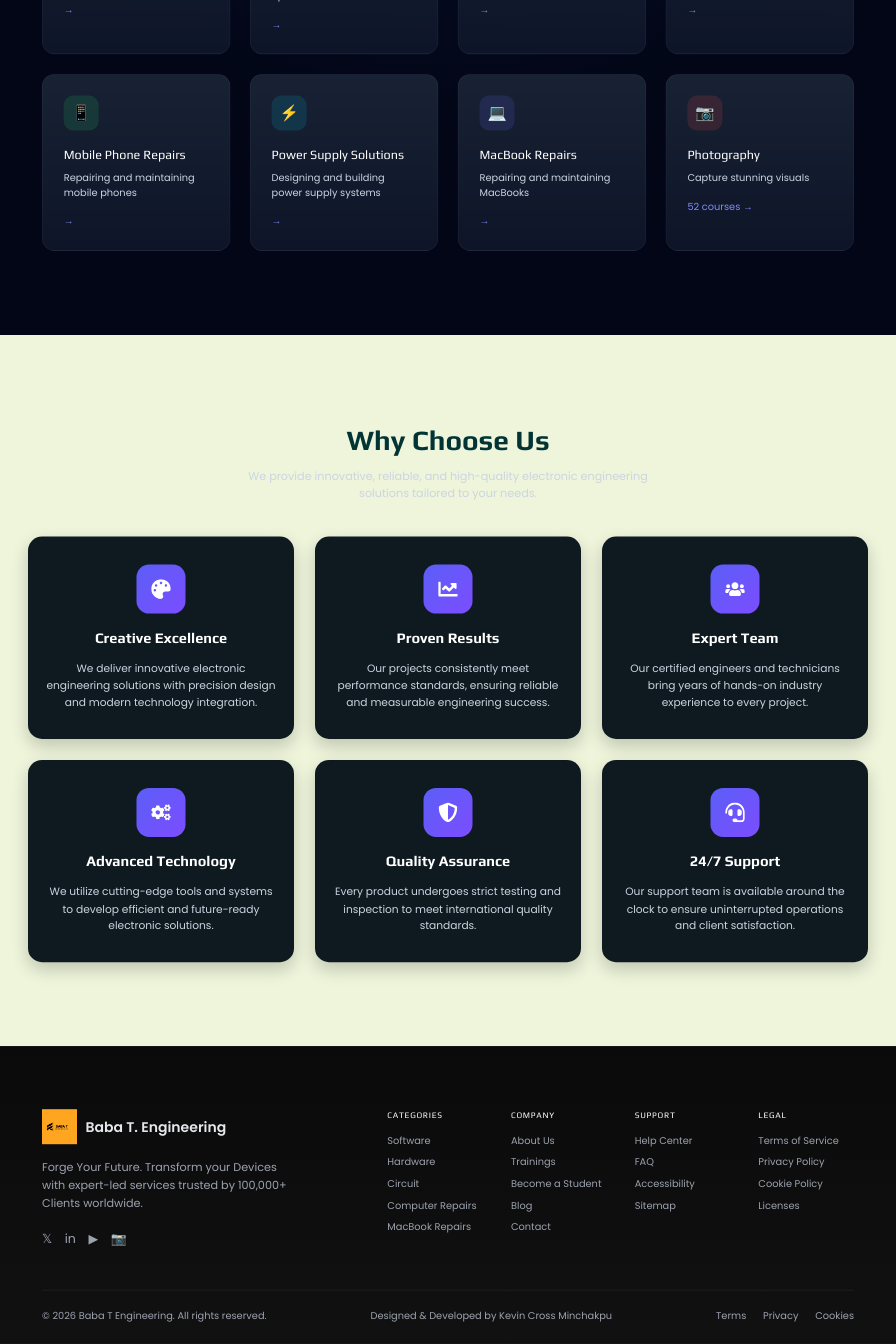
Repository: KC-Minchakpu/babatunde
Page: /
The author's editor kept a copy of each file at every save. The page is drawn from the files as they stood at one save, then again after the next save.
The browser window is 1280 px wide. The pictures show the part of the page from y = 2841 to 4761 px (the page is 4761 px tall), at 70% of full size.
The project was rebuilt for these pictures with package versions that can differ from the ones it lists, and the page was loaded fresh each time. The framework's server and built-in components were replaced by stand-ins that run in the browser. Also part of the build but not shown: next.config.ts.

Above is the page before, as saved 2026-02-18 16:16:24.

### src/app/layout.tsx
import type { Metadata } from "next";
import { Play, Poppins } from "next/font/google";
import "./globals.css";
import Header from "@/components/Header/Header";
import Footer from "@/components/Footer/Footer";

const play = Play({
  variable: "--font-play",
  subsets: ["latin"],
  weight: ["400", "700"],
});

const poppins = Poppins({
  variable: "--font-poppins",
  subsets: ["latin"],
  weight: ["400", "500", "600", "700"],
});

export const metadata: Metadata = {
  title: "Baba T Engineering",
  description: "Official web app of Baba T Engineering, a leading engineering company specializing in innovative solutions and cutting-edge technology.",
};

export default function RootLayout({
  children,
}: Readonly<{
  children: React.ReactNode;
}>) {
  return (
    <html lang="en">
      <body
        className={`${play.variable} ${poppins.variable} antialiased`}
      >
        <Header />
        {children}
        <Footer />
      </body>
    </html>
  );
}

### src/app/page.tsx
import Hero from "@/components/Hero/Hero";
import Values from "@/components/Values/Values";
import Story from "@/components/Story/Story";
import Categories from "@/components/Categories/Categories";
import WhyChooseUs from "@/components/Why/WhyChooseUs";


export default function Home() {
  return (
    <>
     <main>
      <Hero />
      <Values />
      <Story />
      <Categories />
      <WhyChooseUs />
     </main>
    </>
  );
}

### src/app/globals.css
@import "tailwindcss";

:root {
  --background: #023436;
  --foreground: #f0f0f0;
}

body {
  background: var(--background);
  color: var(--foreground);
  font-family: var(--font-poppins);
}

h1, h2, h3, h4, h5, h6 {
  font-family: var(--font-play);
}

h1 {
  color: red;
  font-size: 35px;
}

### src/components/Header/Header.tsx
"use client";

import Link from "next/link";
import Image from "next/image";
import styles from "./Header.module.css";
import { useState } from "react";

const Header = () => {
  const [isOpen, setIsOpen] = useState(false);

  return (
    <header className={styles.header}>
      <div className={styles.container}>
        {/* Logo */}
        <div className={styles.logo}>
          <Link href="/">
            <Image
              src="/images/logo23.png"
              alt="Baba T Logo"
              width={60}
              height={60}
            />
          </Link>
          <span className={styles.logoText}>Baba T</span>
        </div>

        {/* Navigation */}
        <nav className={styles.nav}>
          <Link href="/">Home</Link>

          <div
            className={styles.dropdown}
            onMouseEnter={() => setIsOpen(true)}
            onMouseLeave={() => setIsOpen(false)}
          >
            <span className={styles.dropdownToggle}>About</span>

            {isOpen && (
              <div className={styles.dropdownMenu}>
                <Link href="/about/history">Our History</Link>
                <Link href="/about/team">Our Team</Link>
                <Link href="/about/mission">Mission & Vision</Link>
                <Link href="/about/values">Core Values</Link>
                <Link href="/about/careers">Careers</Link>
              </div>
            )}
          </div>

          <Link href="/students-life">Students Life</Link>
          <Link href="/services">Services</Link>
          <Link href="/training-programs">Training Programs</Link>
          <Link href="/blog">Blog</Link>
          <Link href="/contact">Contact Us</Link>
        </nav>

        {/* Auth Buttons */}
        <div className={styles.actions}>
          <button className={styles.signIn}>Sign In</button>
          <button className={styles.signUp}>Sign Up</button>
        </div>
      </div>
    </header>
  );
};

export default Header;

### src/components/Hero/Hero.tsx
import Image from "next/image";
import styles from "./Hero.module.css";

export default function Hero() {
  return (
    <section className={styles.hero}>
      <div className={styles.container}>
        {/* LEFT CONTENT */}
        <div className={styles.left}>
          <span className={styles.badge}>
            — EXCELLENCE IN CIRCUIT REPAIR AND MAINTENANCE
          </span>

          <h1 className={styles.title}>
            Restoring Power, <br /> Precision, and Performance
          </h1>

          <p className={styles.description}>
            At Baba T Engineering, we specialize in professional electronic hardware
            repairs, with a focus on computer motherboards, laptops, and other
            critical devices. We combine expert craftsmanship with cutting-edge
            diagnostic tools to bring your electronics back to life — fast,
            affordable, and reliable.
          </p>

          <div className={styles.buttonGroup}>
            <button className={styles.primaryBtn}>Book a Repair</button>
            <button className={styles.secondaryBtn}>Apply Today!</button>
          </div>

          {/* STATS */}
          <div className={styles.stats}>
            <div className={styles.stat}>
              <h3>25+</h3>
              <p>Years Experience</p>
            </div>

            <div className={styles.stat}>
              <h3>5000+</h3>
              <p>Devices Repaired</p>
            </div>

            <div className={styles.stat}>
              <h3>3000+</h3>
              <p>Satisfied Clients</p>
            </div>
          </div>
        </div>

        {/* RIGHT IMAGE */}
        <div className={styles.right}>
          <div className={styles.imageWrapper}>
            <Image
              src="/images/misc-16.jpeg"
              alt="Circuit Board"
              fill
              className={styles.image}
              priority
            />

            <div className={styles.overlayCard}>
              <h4>ISO 9001:2015</h4>
              <p>Certified Engineers</p>
            </div>
          </div>
        </div>
      </div>
    </section>
  );
}

### src/components/Values/Values.tsx
import styles from "./Values.module.css";

export default function Values() {
  return (
    <section className={styles.values}>
      <div className={styles.container}>
        {/* Header */}
        <div className={styles.header}>
          <h2>Our Values</h2>
          <p>These core principles guide everything we do at Baba T Engineering.</p>
        </div>

        {/* Cards */}
        <div className={styles.grid}>
          <div className={styles.card}>
            <div className={`${styles.icon} ${styles.iconGreen}`}>
              👤
            </div>
            <h3>Learner First</h3>
            <p>
              Every decision we make starts with a simple question: “How does
              this benefit our Clients?” We’re obsessed with client success.
            </p>
          </div>

          <div className={styles.card}>
            <div className={`${styles.icon} ${styles.iconOrange}`}>
              ✨
            </div>
            <h3>Excellence Always</h3>
            <p>
              We maintain the highest standards for our services, instructors,
              and platform. Good enough is never good enough for us.
            </p>
          </div>

          <div className={styles.card}>
            <div className={`${styles.icon} ${styles.iconTeal}`}>
              🌍
            </div>
            <h3>Accessible to All</h3>
            <p>
              We believe quality services should be available to everyone. We
              work hard to keep services affordable and accessible globally.
            </p>
          </div>
        </div>
      </div>
    </section>
  );
}

### src/components/Story/Story.tsx
import Image from "next/image";
import styles from "./Story.module.css";

export default function Story() {
  return (
    <section className={styles.story}>
      <div className={styles.container}>
        {/* LEFT CONTENT */}
        <div className={styles.left}>
          <span className={styles.badge}>Our Story</span>

          <h2 className={styles.title}>
            Empowering Learners<br />
            <span>Building the Future</span>
          </h2>

          <p className={styles.description}>
            Baba T Engineering was founded with a simple mission: to provide world-class
            engineering services and education to anyone, anywhere, and anytime. We believe that access to quality
            learning should not be limited by geography, background, or
            circumstances.
          </p>

          <p className={styles.description}>
            Today, we&apos;re proud to serve over 100,000 Clients and learners across the globe,
            partnering with industry-leading instructors and technicians who bring real-world
            experience to every lesson and repairs.
          </p>
        </div>

        {/* RIGHT IMAGE */}
        <div className={styles.right}>
          <div className={styles.imageWrapper}>
            <Image
              src="/images/power-systems.jpg"
              alt="Technician working on power systems"
              fill
              className={styles.image}
              priority
            />

            <div className={styles.floatingCard}>
              <div className={styles.icon}>🎓</div>
              <div>
                <h4>Founded 2020</h4>
                <p>Kaduna, Nigeria</p>
              </div>
            </div>
          </div>
        </div>
      </div>
    </section>
  );
}

### src/components/Categories/Categories.tsx
import styles from "./Categories.module.css";

const categories = [
  {
    title: "Hardware Installations",
    description: "Cloning, upgrading, and troubleshooting hardware",
    icon: "💻",
    color: "blue",
  },
  {
    title: "Software Installations",
    description: "Software installation, configuration, and optimization",
   icon: "📊",
    color: "purple",
  },
  {
    title: "Computer Repairs",
    description: "Repairing and maintaining computers and peripherals",
    icon: "🎨",
    color: "pink",
  },
  {
    title: "Circuit Design",
    description: "Designing and prototyping electronic circuits",
    icon: "💼",
    color: "orange",
  },
  {
    title: "Mobile Phone Repairs",
    description: "Repairing and maintaining mobile phones",
    icon: "📱",
    color: "green",
  },
  {
    title: "Power Supply Solutions",
    description: "Designing and building power supply systems",
    icon: "⚡",
    color: "cyan",
  },
  {
    title: "MacBook Repairs",
    description: "Repairing and maintaining MacBooks",
    icon: "💻",
    color: "indigo",
  },
  {
    title: "Photography",
    description: "Capture stunning visuals",
    courses: "52 courses",
    icon: "📷",
    color: "red",
  },
];

export default function Categories() {
  return (
    <section className={styles.categories}>
      <div className={styles.container}>
        <div className={styles.header}>
          <h2>Explore Our Top Services</h2>
          <p>
            Find the perfect Service from our wide selection of Services
            handled by industry experts.
          </p>
        </div>

        <div className={styles.grid}>
          {categories.map((cat, index) => (
            <div key={index} className={styles.card}>
              <div className={`${styles.icon} ${styles[cat.color]}`}>
                {cat.icon}
              </div>

              <h3>{cat.title}</h3>
              <p>{cat.description}</p>

              <span className={styles.courses}>
                {cat.courses} →
              </span>
            </div>
          ))}
        </div>
      </div>
    </section>
  );
}

### src/components/Header/Header.module.css
.header {
  width: 100%;
  height: 100px;
  background: #0F1A20;
  padding: 20px;
  position: sticky;
  top: 0;
  z-index: 1000;
}

.container {
  width: 90%;
  margin: 0 auto;
  display: flex;
  align-items: center;
  justify-content: space-between;
}

/* Logo */
.logo {
  display: flex;
  align-items: center;
  gap: 8px;
  cursor: pointer;
}

.logoCircle {
  width: 40px;
  height: 40px;
  border-radius: 50%;
  background: linear-gradient(135deg, #8e2de2, #4a00e0);
  display: flex;
  align-items: center;
  justify-content: center;
  color: white;
  font-weight: bold;
}

.logoText {
  font-size: 25px;
  font-weight: 600;
  color: #ffffff;
  font-family: "Poppins", sans-serif;
}

/* Nav */
.nav {
  display: flex;
  align-items: center;
  gap: 24px;
  font-family: 'Play', sans-serif;

}

.nav a,
.dropdownToggle {
  color: #ffffff;
  text-decoration: none;
  font-size: 19px;
  cursor: pointer;
  position: relative;
  transition: color 0.3s ease;
}

.nav a:hover,
.dropdownToggle:hover {
  color: #FFD23F;
}

/* Dropdown */
.dropdown {
  position: relative;
}

.dropdownMenu {
  position: absolute;
  width: 250px;
  top: 35px;
  left: 0;
  background: #0F1A20;
  border-radius: 8px;
  padding: 10px 0;
  min-width: 180px;
  box-shadow: 0 10px 25px rgba(0, 0, 0, 0.15);
  display: flex;
  flex-direction: column;
}

.dropdownMenu a {
  padding: 10px 16px;
  color: #ffffff;
  font-size: 19px;
  text-decoration: none;
  transition: background 0.2s ease;
}

.dropdownMenu a:hover {
  color: #FFD23F;
}

/* Buttons */
.actions {
  display: flex;
  gap: 12px;
}

.signIn {
  padding: 8px 18px;
  border-radius: 8px;
  border: none;
  cursor: pointer;
  color: white;
  background: #143458;
  font-size: 14px;
}

.signUp {
  padding: 8px 18px;
  border-radius: 8px;
  border: none;
  cursor: pointer;
  color: white;
  background: #63054b;
  font-size: 14px;
}

/* Responsive */
@media (max-width: 1024px) {
  .nav {
    display: none;
  }
}

### src/components/Footer/Footer.module.css
.footer {
  background: linear-gradient(
    180deg,
    #0a0a0a,
    #111111
  );
  color: #e5e7eb;
  padding: 90px 0 30px;
}

.container {
  max-width: 1200px;
  margin: 0 auto;
  padding: 0 20px;
}

/* TOP SECTION */
.topSection {
  display: flex;
  justify-content: space-between;
  gap: 60px;
}

/* BRAND */
.brand {
  flex: 1.3;
}

.logo {
  display: flex;
  align-items: center;
  gap: 12px;
  font-weight: 600;
  font-size: 20px;
  margin-bottom: 20px;
}

.logoBox {
  width: 34px;
  height: 34px;
  border-radius: 10px;
  background: linear-gradient(135deg, #14b8a6, #f97316);
}

.brand p {
  color: #9ca3af;
  line-height: 1.6;
  margin-bottom: 24px;
  max-width: 350px;
}

.socials {
  display: flex;
  gap: 18px;
  font-size: 18px;
  color: #9ca3af;
}

.socials span {
  cursor: pointer;
  transition: color 0.3s ease;
}

.socials span:hover {
  color: white;
}

/* LINKS GRID */
.linksGrid {
  flex: 2;
  display: grid;
  grid-template-columns: repeat(4, 1fr);
  gap: 40px;
}

.linksGrid h4 {
  font-size: 12px;
  letter-spacing: 1px;
  margin-bottom: 16px;
  color: #ffffff;
}

.linksGrid a {
  display: block;
  font-size: 14px;
  color: #9ca3af;
  margin-bottom: 10px;
  cursor: pointer;
  transition: color 0.3s ease;
}

.linksGrid a:hover {
  color: #ffffff;
}

/* DIVIDER */
.divider {
  height: 1px;
  background: rgba(255, 255, 255, 0.08);
  margin: 60px 0 25px;
}

/* BOTTOM BAR */
.bottomBar {
  display: flex;
  justify-content: space-between;
  align-items: center;
  font-size: 14px;
  color: #9ca3af;
}

.bottomLinks {
  display: flex;
  gap: 24px;
}

.bottomLinks a {
  cursor: pointer;
  transition: color 0.3s ease;
}

.bottomLinks a:hover {
  color: white;
}

/* RESPONSIVE */
@media (max-width: 1024px) {
  .topSection {
    flex-direction: column;
    gap: 50px;
  }

  .linksGrid {
    grid-template-columns: repeat(2, 1fr);
  }

  .bottomBar {
    flex-direction: column;
    gap: 15px;
    text-align: center;
  }
}

@media (max-width: 600px) {
  .linksGrid {
    grid-template-columns: 1fr;
  }
}

### src/components/Values/Values.module.css
.values {
  background: radial-gradient(
      circle at top,
      rgba(255, 255, 255, 0.04),
      transparent 60%
    ),
    #000;
  padding: 100px 0;
  color: #fff;
}

.container {
  max-width: 1200px;
  margin: 0 auto;
  padding: 0 20px;
}

.header {
  text-align: center;
  margin-bottom: 70px;
}

.header h2 {
  font-size: 40px;
  font-weight: 700;
  margin-bottom: 12px;
}

.header p {
  font-size: 16px;
  color: #a1a1aa;
}

/* GRID */
.grid {
  display: grid;
  grid-template-columns: repeat(3, 1fr);
  gap: 30px;
}

/* CARD */
.card {
  background: linear-gradient(
    180deg,
    rgba(255, 255, 255, 0.06),
    rgba(255, 255, 255, 0.02)
  );
  border: 1px solid rgba(255, 255, 255, 0.08);
  border-radius: 16px;
  padding: 32px;
  transition: transform 0.3s ease, box-shadow 0.3s ease;
}

.card:hover {
  transform: translateY(-6px);
  box-shadow: 0 20px 40px rgba(0, 0, 0, 0.6);
}

.card h3 {
  font-size: 20px;
  font-weight: 600;
  margin-bottom: 12px;
}

.card p {
  font-size: 15px;
  line-height: 1.6;
  color: #d4d4d8;
}

/* ICON */
.icon {
  width: 44px;
  height: 44px;
  border-radius: 10px;
  display: flex;
  align-items: center;
  justify-content: center;
  font-size: 20px;
  margin-bottom: 20px;
}

.iconGreen {
  background: rgba(16, 185, 129, 0.15);
  color: #10b981;
}

.iconOrange {
  background: rgba(249, 115, 22, 0.15);
  color: #f97316;
}

.iconTeal {
  background: rgba(20, 184, 166, 0.15);
  color: #14b8a6;
}

/* RESPONSIVE */
@media (max-width: 1024px) {
  .grid {
    grid-template-columns: 1fr;
  }

  .card {
    text-align: left;
  }
}

@media (max-width: 600px) {
  .header h2 {
    font-size: 32px;
  }
}

### src/components/Story/Story.module.css
.story {
  background: #EEF5DB;
  padding: 120px 0;
  color: #023436;
}

.container {
  max-width: 1200px;
  margin: 0 auto;
  padding: 0 20px;
  display: flex;
  align-items: center;
  gap: 80px;
}

/* LEFT */
.left {
  flex: 1;
}

.badge {
  display: inline-block;
  padding: 6px 20px;
  background: #333232;
  color: #f1f1f1;
  font-size: 14px;
  border-radius: 999px;
  margin-bottom: 24px;
}

.title {
  font-size: 48px;
  font-weight: 700;
  line-height: 1.2;
  margin-bottom: 24px;
}

.title span {
  background: linear-gradient(90deg, #14b8a6, #f59e0b);
  -webkit-background-clip: text;
  background-clip: text;
  -webkit-text-fill-color: transparent;
}

.description {
  color: #444c52;
  line-height: 1.7;
  font-size: 16px;
  margin-bottom: 20px;
  max-width: 520px;
}

/* RIGHT */
.right {
  flex: 1;
  display: flex;
  justify-content: center;
}

.imageWrapper {
  position: relative;
  width: 100%;
  max-width: 520px;
  height: 520px;
  border-radius: 16px;
  overflow: hidden;
}

.image {
  object-fit: cover;
}

/* FLOATING CARD */
.floatingCard {
  position: absolute;
  bottom: 30px;
  left: 40px;
  display: flex;
  align-items: center;
  gap: 16px;

  background: rgba(30, 30, 30, 0.9);
  -webkit-backdrop-filter: blur(10px);
  backdrop-filter: blur(10px);
  padding: 20px 28px;
  border-radius: 16px;
  border: 1px solid rgba(255, 255, 255, 0.08);

  box-shadow: 0 25px 50px rgba(0, 0, 0, 0.5);
}

.icon {
  width: 44px;
  height: 44px;
  background: #f59e0b;
  color: #14b8a6;
  display: flex;
  align-items: center;
  justify-content: center;
  border-radius: 10px;
  font-size: 20px;
}

.floatingCard h4 {
  font-size: 18px;
  margin: 0;
  color: #EAC435;
}

.floatingCard p {
  font-size: 14px;
  margin: 4px 0 0;
  color: #f1f1f1;
}

/* RESPONSIVE */
@media (max-width: 1024px) {
  .container {
    flex-direction: column;
    text-align: center;
  }

  .description {
    margin: 0 auto 20px;
  }

  .floatingCard {
    left: 50%;
    transform: translateX(-50%);
    bottom: -40px;
  }
}

@media (max-width: 768px) {
  .title {
    font-size: 36px;
  }

  .imageWrapper {
    height: 380px;
  }
}

### src/components/Why/WhyChooseUs.module.css
/* ==============================
   WHY US SECTION
================================ */
.whyChooseUs {
  background: #EEF5DB;
  padding: 120px 0;
  color: #023436;
}

.container {
  max-width: 1200px;
  margin: 0 auto;
  text-align: center;
}

.title {
  font-size: 2.5rem;
  font-weight: 700;
  margin-bottom: 10px;
}

.subtitle {
  max-width: 600px;
  margin: 0 auto 50px auto;
  color: #cbd5e1;
  font-size: 1rem;
}

/* ==============================
   GRID 3x2
================================ */
.grid {
  display: grid;
  grid-template-columns: repeat(3, 1fr);
  gap: 30px;
}

/* Responsive */
@media (max-width: 992px) {
  .grid {
    grid-template-columns: repeat(2, 1fr);
  }
}

@media (max-width: 600px) {
  .grid {
    grid-template-columns: 1fr;
  }
}

/* ==============================
   CARD
================================ */
.card {
  background: #0F1A20;
  padding: 40px 25px;
  border-radius: 20px;
  transition: all 0.3s ease;
  box-shadow: 0 10px 25px rgba(0, 0, 0, 0.2);
}

.card:hover {
  transform: translateY(-8px);
  box-shadow: 0 15px 35px rgba(0, 0, 0, 0.4);
}

/* ==============================
   ICON
================================ */
.iconWrapper {
  width: 70px;
  height: 70px;
  margin: 0 auto 20px auto;
  display: flex;
  align-items: center;
  justify-content: center;
  background: linear-gradient(135deg, #5b5ef7, #7c4dff);
  border-radius: 18px;
  font-size: 28px;
  color: #ffffff;
}

/* ==============================
   TEXT
================================ */
.card h3 {
  font-size: 1.3rem;
  margin-bottom: 15px;
  font-weight: 600;
  color: #ffffff;
}

.card p {
  font-size: 0.95rem;
  color: #cbd5e1;
  line-height: 1.6;
}

Loaded but not shown: src/components/Hero/Hero.module.css (188 lines, source omitted); src/components/Footer/Footer.tsx (92 lines, source omitted); src/components/Categories/Categories.module.css (154 lines, source omitted); src/components/Why/WhyChooseUs.tsx (73 lines, source omitted)

After the next save:
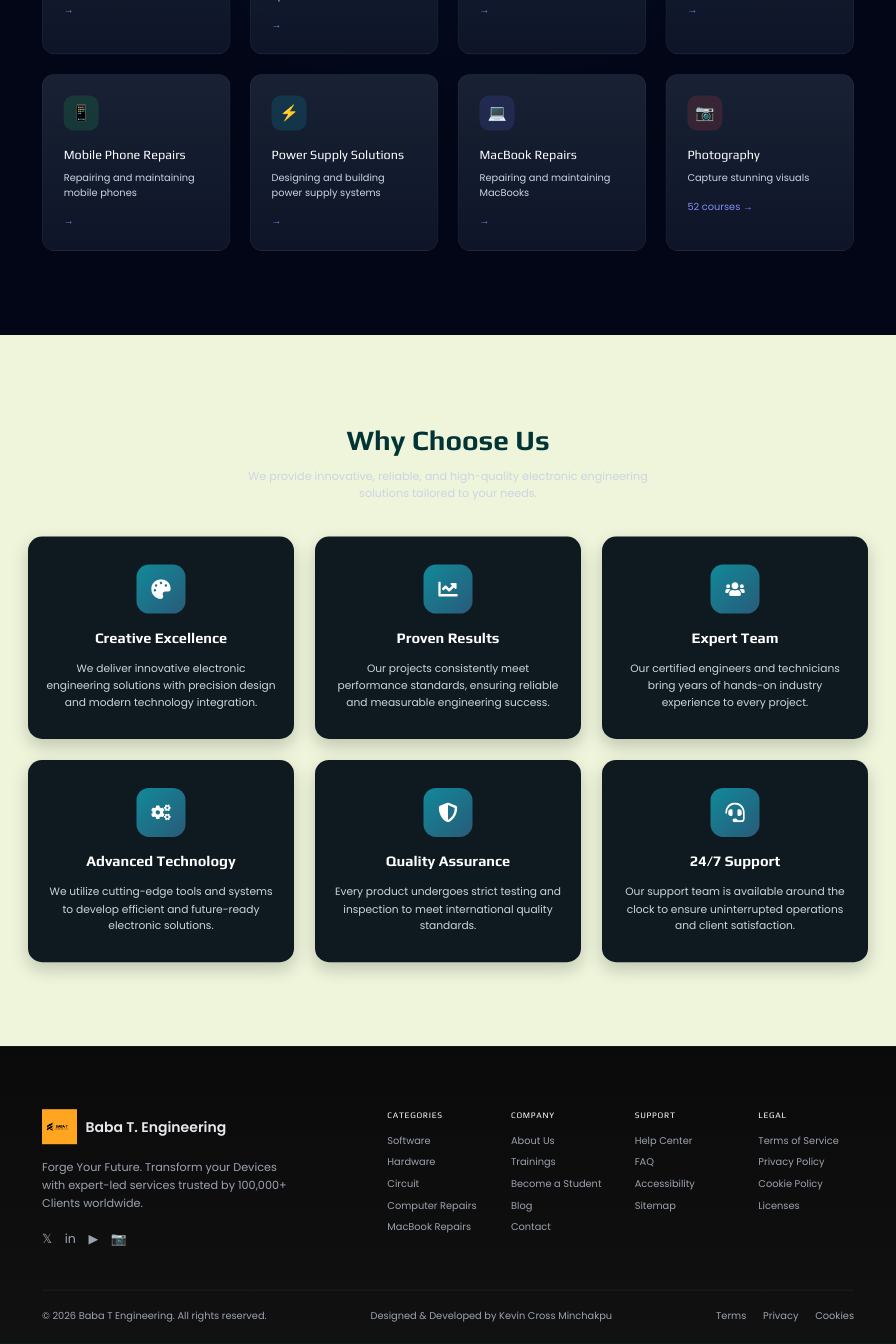
Saved 58 s later.
--- a/src/components/Why/WhyChooseUs.module.css
+++ b/src/components/Why/WhyChooseUs.module.css
@@ -74,7 +74,7 @@
   display: flex;
   align-items: center;
   justify-content: center;
-  background: linear-gradient(135deg, #5b5ef7, #7c4dff);
+  background: linear-gradient(135deg, #118999, #285b79);
   border-radius: 18px;
   font-size: 28px;
   color: #ffffff;
